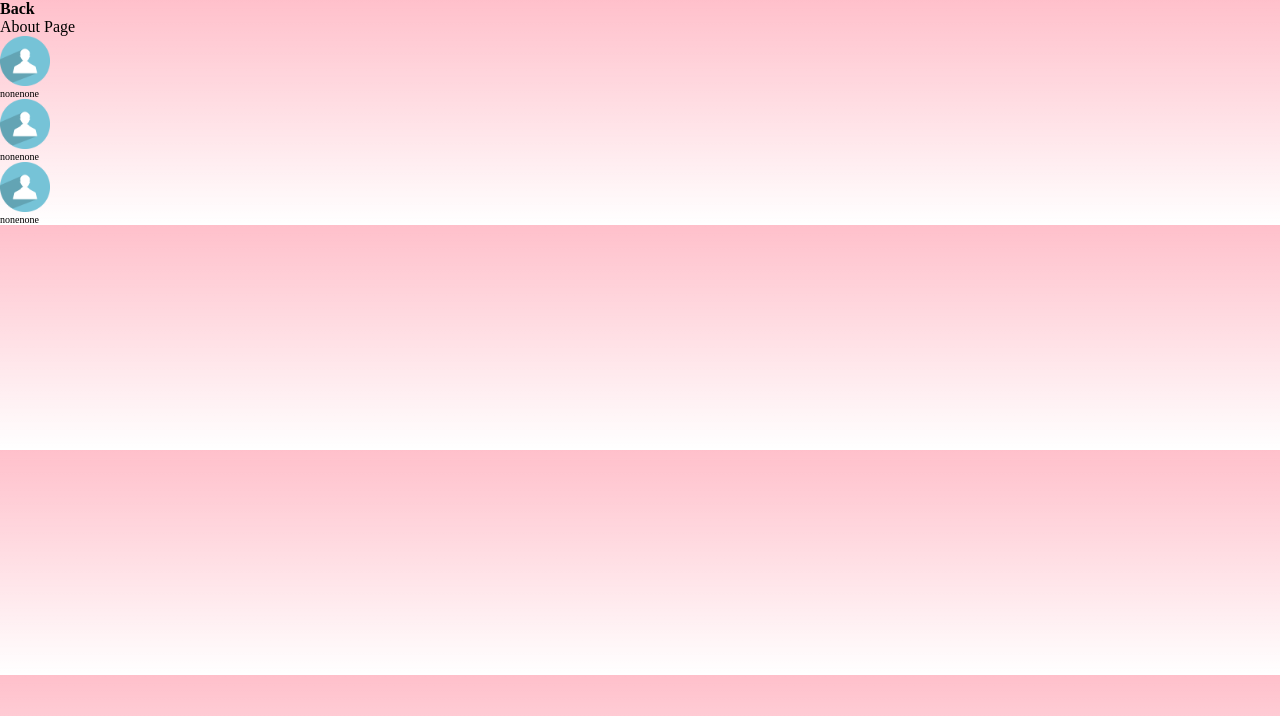
Repository: anoncoderin/madhu-assignment3
Page: /about
An editor plug-in stored every save of this project. The page is shown before and after a run of saves, followed by the edit.
The browser window is 1280 px wide. The pictures show the whole page.
The project was rebuilt for these pictures with package versions that can differ from the ones it lists, and the page was loaded fresh each time. The framework's server and built-in components were replaced by stand-ins that run in the browser. Also part of the build but not shown: next.config.js, styles/about.module.css.

Above is the page before, as saved 2023-01-21 11:30:08.

After the next 2 saves:
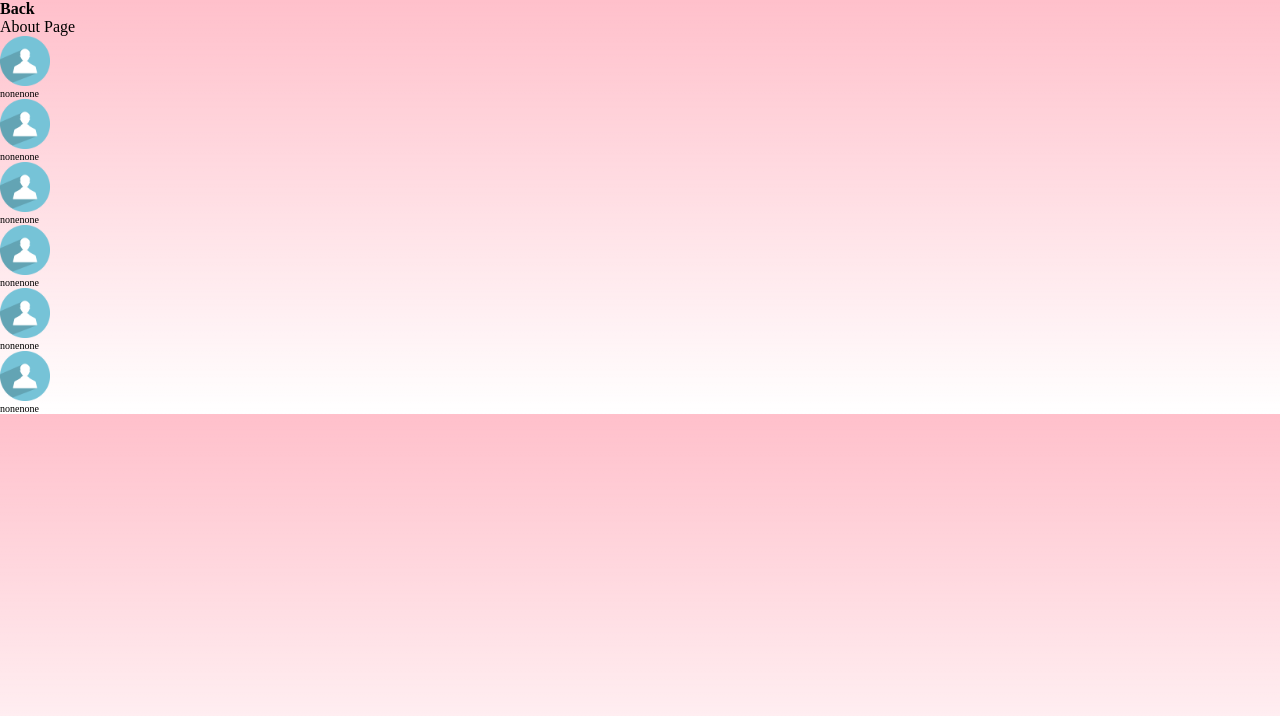
The 2 saves are shown as one change because they came seconds apart.
The last was saved 2 min 4 s later.
--- a/pages/about.js
+++ b/pages/about.js
@@ -32,6 +32,23 @@ export default function About() {
                 )
             }
 
+{
+                information && information.map((info, index) => {
+                    if (info.department === "Media") {
+                        return (
+                            <Card key={index} >
+
+                               employeeNumber= {info.employeeNumber}
+
+
+                            </Card>
+
+                        )
+                    }
+                }
+                )
+            }
+
 
         </>
 
